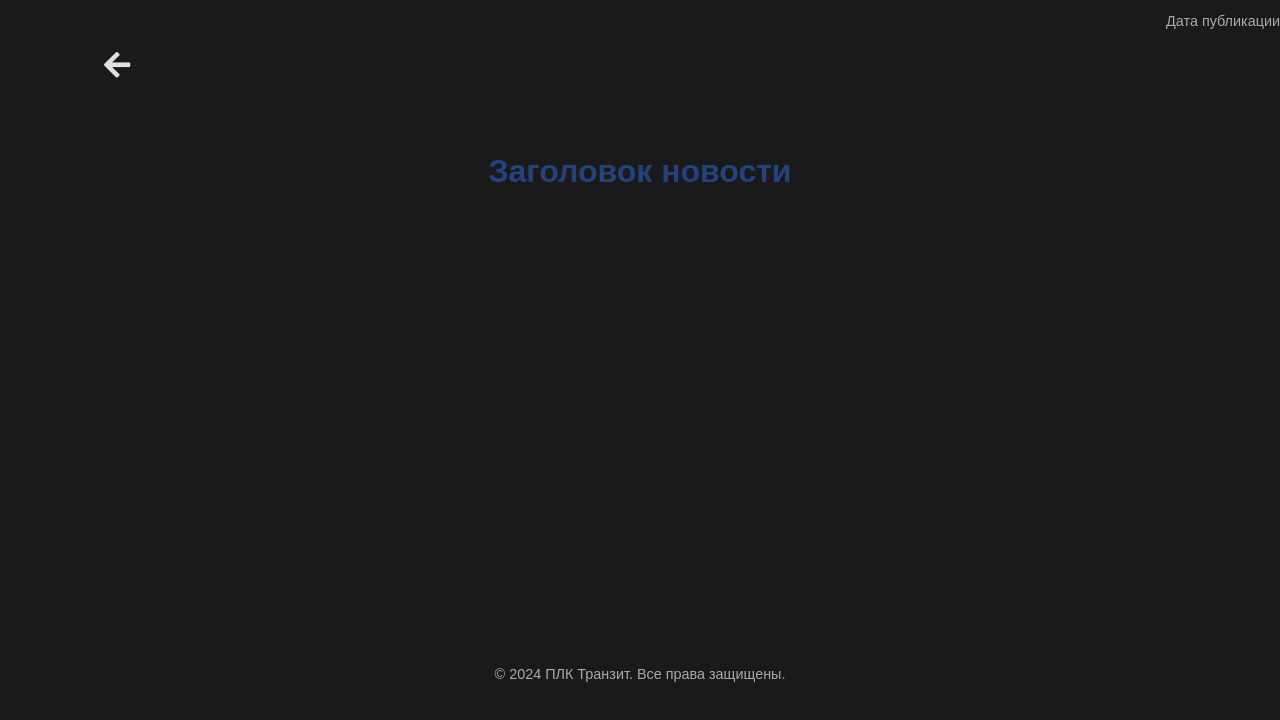
Repository: MaratLK/PLKFrontend
Page: news.html
An editor plug-in stored every save of this project. The page is shown before and after the next save, followed by the edit.
The browser window is 1280 px wide. The pictures show the whole page.

Above is the page before, as saved 2024-09-25 23:43:34.
Console error: TypeError: Cannot set properties of null (setting 'innerHTML')

After the next save:
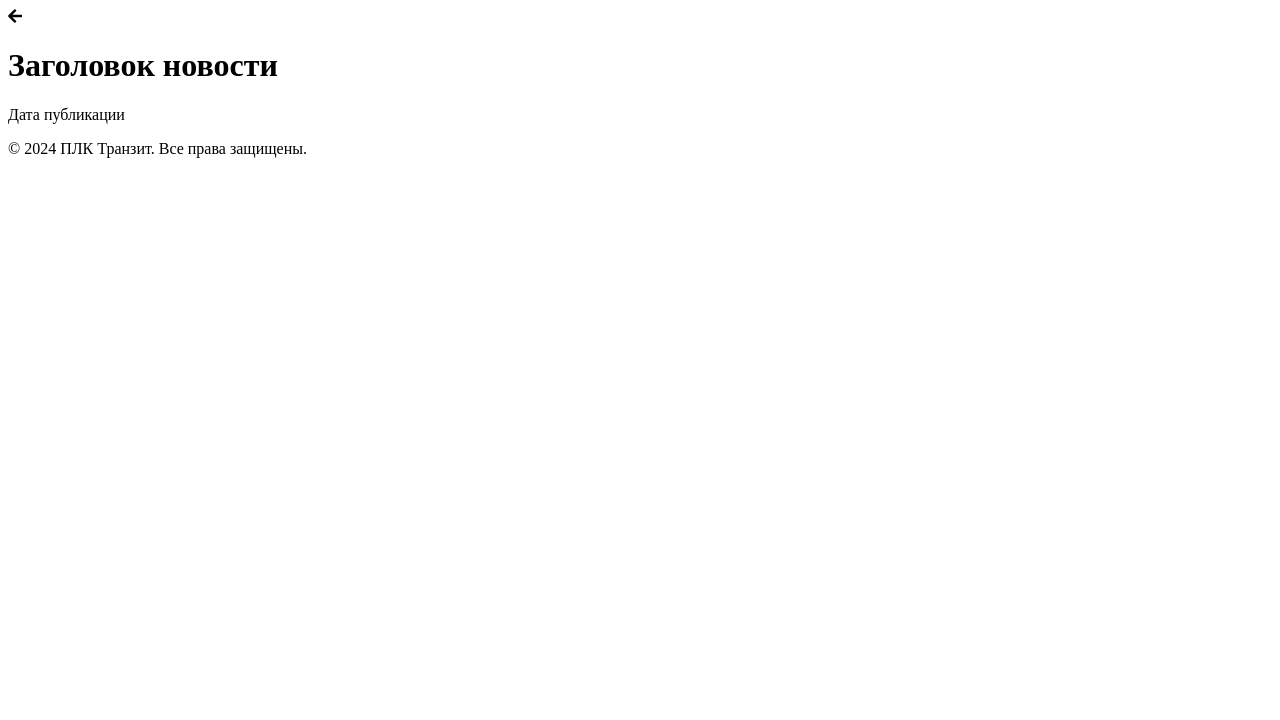
Saved 28 s later.
--- a/news.html
+++ b/news.html
@@ -4,93 +4,9 @@
     <meta charset="UTF-8">
     <meta name="viewport" content="width=device-width, initial-scale=1.0">
     <title>Новость</title>
-    <link rel="stylesheet" href="StyleMain.css">
+    <link rel="stylesheet" href="news.css">
     <link rel="stylesheet" href="https://cdnjs.cloudflare.com/ajax/libs/font-awesome/5.15.3/css/all.min.css">
-    <style>
-        body {
-            background-color: #1a1a1a;
-            color: #e0e0e0;
-            font-family: 'Arial', sans-serif;
-            line-height: 1.6;
-            margin: 0;
-            padding: 0;
-            display: flex;
-            flex-direction: column;
-            min-height: 100vh;
-        }
 
-        header {
-            display: flex;
-            justify-content: center;
-            align-items: center;
-            padding: 20px 0;
-            background: none; /* убираем фон */
-            position: relative;
-        }
-
-        .logo {
-            max-width: 150px;
-        }
-
-        .news-container {
-    max-width: 800px;
-    margin: 0 auto;
-    padding: 20px;
-    display: flex;
-    flex-direction: column;
-    align-items: center; /* Центрирование содержимого */
-    justify-content: center; /* Центрирование содержимого по вертикали */
-}
-
-.news-title {
-    text-align: center;
-    margin-bottom: 20px;
-}
-
-.news-content {
-    margin-top: 20px;
-    text-align: justify; /* Выровнять текст по ширине */
-    width: 100%; /* Занять всю ширину контейнера */
-}
-        .news-date {
-            position: absolute;
-            top: 0;
-            right: 0;
-            color: #aaaaaa;
-            font-size: 0.9rem;
-            margin-top: 10px;
-        }
-
-        .news-images img {
-    width: 50%; /* Уменьшение размера картинки */
-    height: auto;
-    margin-bottom: 20px;
-}
-
-        /* Стиль для кнопки назад */
-        .back-btn {
-            position: absolute;
-            top: 20px;
-            left: 20px;
-            font-size: 30px;
-            color: #e0e0e0;
-            background: none; /* убираем фон */
-            border: none; /* убираем бордер */
-            cursor: pointer;
-        }
-
-        .back-btn:hover {
-            color: #007BFF;
-        }
-
-        footer {
-            text-align: center;
-            padding: 20px 0;
-            color: #aaaaaa;
-            font-size: 0.9rem;
-            margin-top: auto;
-        }
-    </style>
 </head>
 <body>
 
